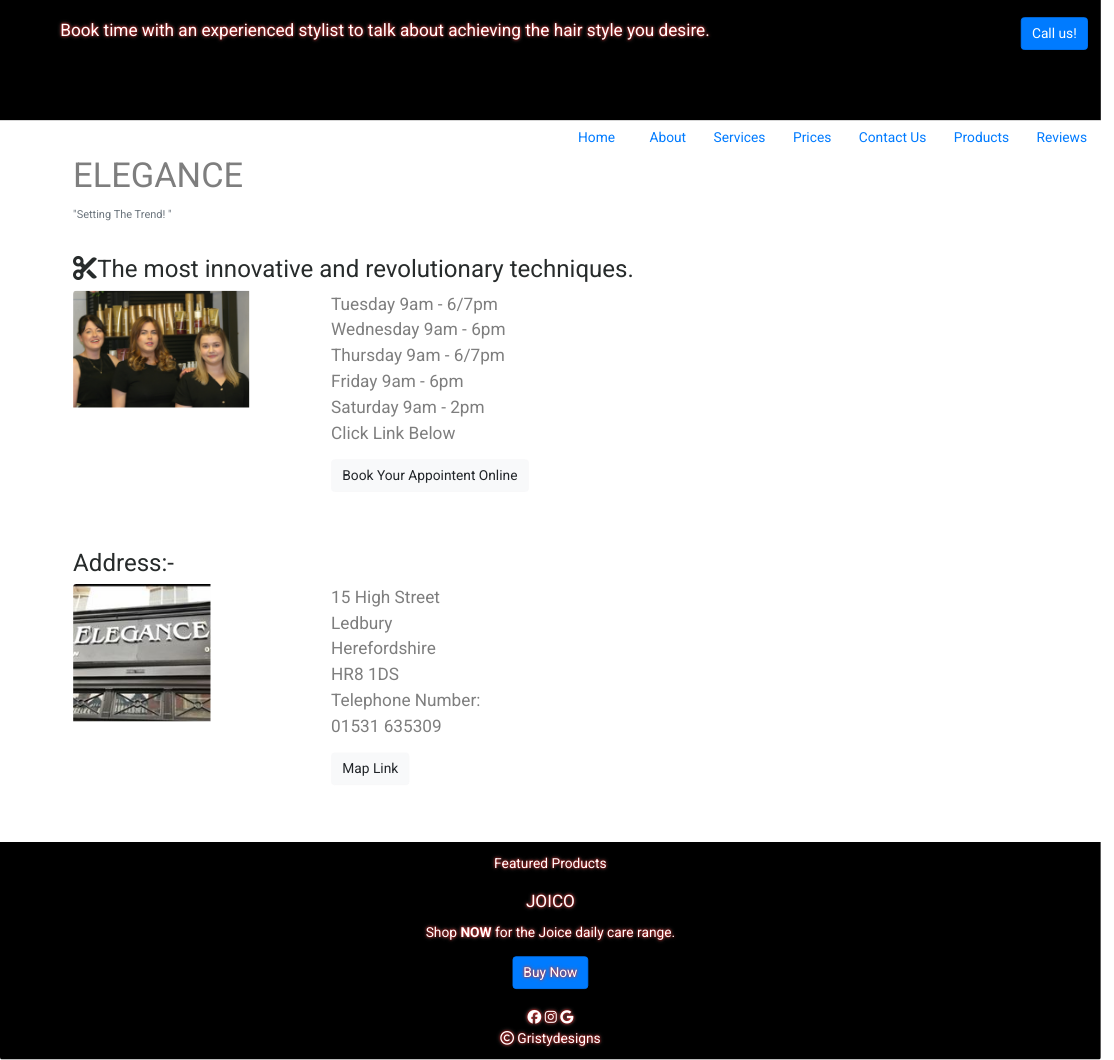
Repository: Gristydesigns/elegance-salon
Page: index.html
The author's editor kept a record of every edit. The page is drawn from the files as they stood at one moment, then again after the next edit.
The browser window is 1280 px wide. The page is 1295 px wide, so the pictures cover 1295 px, including what lies to the right of the window. The pictures show the whole page, at 86% of full size.
Some web libraries are served in a nearby version.

Above is the page before.
Console error: TypeError: Cannot read properties of undefined (reading 'fn')

### index.html
<!DOCTYPE html>
<html lang="en">
<!--Head------------------------->

<head>
    <meta charset="UTF-8">
    <meta name="viewport" content="width=device-width, initial-scale=1.0">
    <meta http-equiv="X-UA-Compatible" content="ie=edge">
    <link rel="stylesheet" href="https://stackpath.bootstrapcdn.com/bootstrap/4.3.1/css/bootstrap.min.css" integrity="sha384-ggOyR0iXCbMQv3Xipma34MD+dH/1fQ784/j6cY/iJTQUOhcWr7x9JvoRxT2MZw1T" crossorigin="anonymous">
    <script src="https://stackpath.bootstrapcdn.com/bootstrap/4.3.1/js/bootstrap.min.js" integrity="sha384-JjSmVgyd0p3pXB1rRibZUAYoIIy6OrQ6VrjIEaFf/nJGzIxFDsf4x0xIM+B07jRM" crossorigin="anonymous"></script>
    <link href="https://fonts.googleapis.com/css?family=Roboto:400,700&display=swap" rel="stylesheet">
    <script src="https://kit.fontawesome.com/d13d47f9ca.js"></script>
    <link rel="stylesheet" href="assets/css/style.css" type="text/css" />
    <title>Elegance Hair Salon Ledbury</title>
</head>
<!--End------------------------->

<body>
    <header>
        <!--callout--------------->
        <section class="container-fluid call-to-action">
            <div class="row">
                <div class="col-12">
                    <button class="btn-spinner-grow btn-spinner-grow-sm btn btn-primary btn-md float-right">Call us!<href="#" role="button"></button>
                <p class="lead">Book time with an experienced stylist  to talk about achieving the hair style you desire.</p>
                </div>
            </div>
        </section>
        <!--End------------------------->
        <!--Nav Bar--------------------->
        <section class="container-nav nav-bar">
            <div class="row">
                <div class="col-12 ">
                    <div class="nav navbar-light bg-light navbar-expand-sm nav-position left >
                             <a href=" # "class="navbar-salon "></a>
                               <button class="navbar-toggler mr-auto " type="button " data-toggle="collapse " data-target="#navbarNavDropdown " aria-controls="navbarNavDropdown " aria-expanded="false " aria-label="Toggle navigation ">
                                <span class="navbar-toggler-icon "></span></button>
                                 <div class="collapse navbar-collapse " id="navbarNavDropdown ">

                                 <ul class="nav nav-pills ml-auto ">
                                  <li class="active nav-item mr-2 "><a class="nav-link Home " href="# ">Home</a>
                                  <li class="nav-item "><a class="nav-link About " href="# ">About</a>
                                  <li class="nav-item "><a class="nav-link Services " href="# ">Services</a>
                                  <li class="nav-item "><a class="nav-link Prices " href="# ">Prices</a>
                                  <li class="nav-item "><a class="nav-link Contact us " href="# ">Contact Us</a>
                                  <li class="nav-item "><a class="nav-link Products " href="# ">Products</a>
                                   <li class="nav-item "><a class="nav-link Reviews " href="# ">Reviews</a>
                                  <li class="nav-item dropdown ">
                                 </ul>
                               </div>
                             </div>
                            </div>
                          </div>
                        </div>
                     </div>
        <!--logo------------------------->
        <section class="container logo ">
                  <div class="row ">
                    <div class=" col-md-12 ">
                        <h1>ELEGANCE</h1>
                        <p class="text-muted "><small>"Setting The Trend! "</small></p>
                    </div>
                </div>
        </section>
<!--End------------------------->


     </header>
<!--End------------------------------>
<!--feature space---------------------->
 <section class="headliners ">
  <div class="container headliner ">
  <!--feature article 1---------------------->
    <div class="row ">
     <div class="col-12 ">
      <h3 class="text "><i class="fas fa-cut"></i>The most innovative and revolutionary techniques. </h3>
        <div class="media ">
        <img src="image/team.JPG " class="img-fluid rounded " alt="Responsive image ">
          </div>
           <blockquote class="blockquote ">
           <p> Tuesday    9am - 6/7pm <br>
                Wednesday 9am - 6pm <br>
                Thursday  9am - 6/7pm<br>
                Friday    9am - 6pm<br>
                Saturday  9am - 2pm <br>
                Click Link Below</p>
             <p><a class="btn btn-md btn-light " href="https://onlinebooking-new.totalsalon.net/?salon=Elegance ">Book Your Appointent Online</a></p>
              </div>
             </blockquote>
             </div>
           </div>
         </div>
       </div>
     </div>
     </div>
    </div>
 <!--feature article 2---------------------->
 <div class="container headliner ">
 <div class="row ">
   <div class="col-12 ">
     <h3 class="text ">Address:-</h3>
       <div class="media ">
          <img src="image/shop.jpg " class="img-fluid rounded " alt="Responsive image ">
           </div>
           <blockquote class="blockquote ">
            <p> 15 High Street<br>
                    Ledbury<br>
                 Herefordshire<br>
                    HR8 1DS <br>
                Telephone Number: <br>
                  01531 635309</p>
            <p><a class="btn btn-md btn-light " href="https://onlinebooking-new.totalsalon.net/?salon=Elegance">Map Link</a></p>
           </blockquote>
         </div>
        </div>
       </div>
      </div>
     </div>
    </div>
   </div>
  </section>
  <!--End------------------------->
   <!--footer---------------------->
  <footer>
   <section class="card-footer ">
     <div class="container-fluid footer ">
      Featured Products
     </div>
        <div class="card-body ">
         <h5 class="card-title ">JOICO</h5>
          <p class="card-text ">Shop <strong>NOW</strong> for the Joice daily care range.</p>
           <a href="https://my-salon.shop/?salonname=Elegance&salonlocation=Ledbury " class="btn btn-primary ">Buy Now</a>
        </div>
        <div class="card">
        <div class "row  ">
          <div class="col-12 ">
            <i class="fab fa-facebook "></i>
            <i class="fab fa-instagram "></i>
            <i class="fab fa-google "></i>
          </div>
        </div>
      </div>
        <div class "row ">
          <div class="col-12 ">
            <i class="far fa-copyright " 2019 Gristydesigns ">
                        </i>
                        Gristydesigns
                    </div>
                </div>
        </section>
        </footer>
        <script src="https://stackpath.bootstrapcdn.com/bootstrap/4.3.1/js/bootstrap.min.js" integrity="sha384-JjSmVgyd0p3pXB1rRibZUAYoIIy6OrQ6VrjIEaFf/nJGzIxFDsf4x0xIM+B07jRM" crossorigin="anonymous"></script>
        <script src="https://code.jquery.com/jquery-3.3.1.slim.min.js" integrity="sha384-q8i/X+965DzO0rT7abK41JStQIAqVgRVzpbzo5smXKp4YfRvH+8abtTE1Pi6jizo" crossorigin="anonymous"></script>
        <script src="https://cdnjs.cloudflare.com/ajax/libs/popper.js/1.14.7/umd/popper.min.js" integrity="sha384-UO2eT0CpHqdSJQ6hJty5KVphtPhzWj9WO1clHTMGa3JDZwrnQq4sF86dIHNDz0W1" crossorigin="anonymous"></script>
</body>

</html>
<!--End------------------------->

### assets/css/style.css
@import url('https://fonts.googleapis.com/css?family=Roboto&display=swap 100,200,300,400,500,600,700|Exo 100,200,300,400,500,600,700');
/*---------------------------------colors */

body {
   font-family: 'Roboto', sans-serif;
  background-color:#fff;
  -webkit-background-size: cover;
  -moz-background-size: cover;
  -o-background-size: cover;
  background-size: cover;

}
/*---------------------------------call out */

.call-to-action {
    height:140px;
    background-color: black;
    font-size:20px;
    font-weight: 600px;
    color: #fff;
    text-align: left;
    padding-left:70px;
    padding-top: 20px;
    bottom:5px;
    text-shadow: 0 0 3px #FF0000, 0 0 5px #7e7e7e
   }

   .button {
       padding-top:0;
       padding-bottom:20px;
      }
/*---------------------------------nav-container */
.navbar-collapse {
 background-color: #fff;
 padding-left:10px;
 }
.nav-bar {

}

/*---------------------------------Logo */
.logo {
    color:#7e7e7e;
    font-weight: 900px;
    text-shadow: 2px 2px 4px #25292A
    padding-top: 20px;
    padding-bottom: 20px;
    display: flex;
    justify-content: left;

   }
 /*---------------------------------headliner */
 .headliner {
     color:#272B2B;

     justify-content: center;
 }
 .blockquote {
     padding-left: 10px;
     padding-right: 5px;
     color: #7e7e7e;

 }
  /*---------------------------------feature space */
.media {
    height: 300px;
    flex: none;
    width: 300px;
    text-align: right;
    float: left;
 }

.img-fluid {
    max-width: 75%;
    height: auto;
    padding-bottom: 5px;
    padding-right: 20px;

}
   /*---------------------------------Footer */
.card-footer {
    text-align: center;
    background-color: black;
    border-top: 1px solid rgba(0,0,0,.125);
    color: #fff;
    text-shadow: 0 0 3px #FF0000, 0 0 5px #7e7e7e

}
 .card {
   background-color: black;
   text-align: center;
 }

After the next edit:
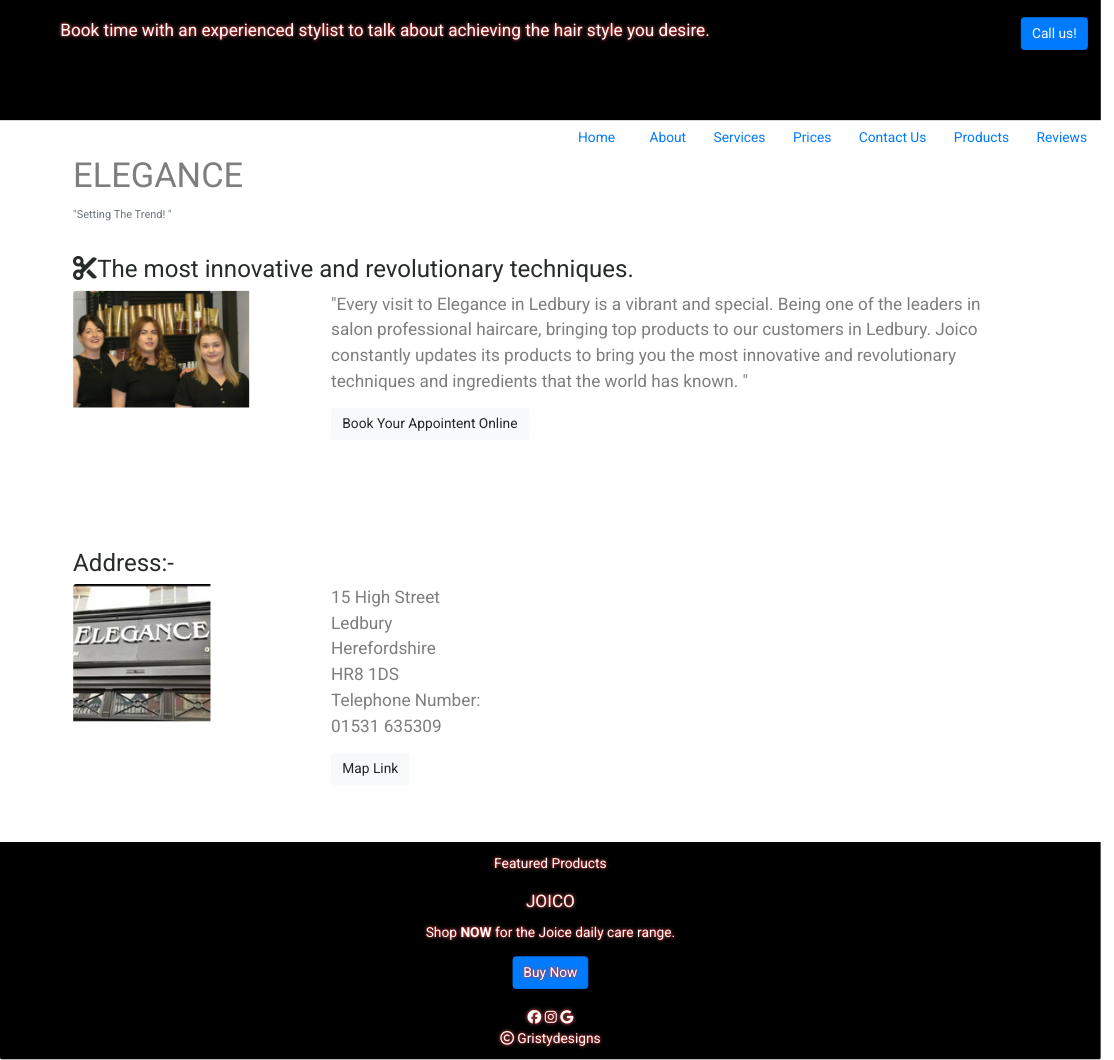
The edit:
--- a/index.html
+++ b/index.html
@@ -78,12 +78,7 @@
         <img src="image/team.JPG " class="img-fluid rounded " alt="Responsive image ">
           </div>
            <blockquote class="blockquote ">
-           <p> Tuesday    9am - 6/7pm <br>
-                Wednesday 9am - 6pm <br>
-                Thursday  9am - 6/7pm<br>
-                Friday    9am - 6pm<br>
-                Saturday  9am - 2pm <br>
-                Click Link Below</p>
+           <p> "Every visit to Elegance in Ledbury is a vibrant and special. Being one of the leaders in salon professional haircare, bringing top products to our customers in Ledbury. Joico constantly updates its products to bring you the most innovative and revolutionary techniques and ingredients that the world has known. "</p>
              <p><a class="btn btn-md btn-light " href="https://onlinebooking-new.totalsalon.net/?salon=Elegance ">Book Your Appointent Online</a></p>
               </div>
              </blockquote>
